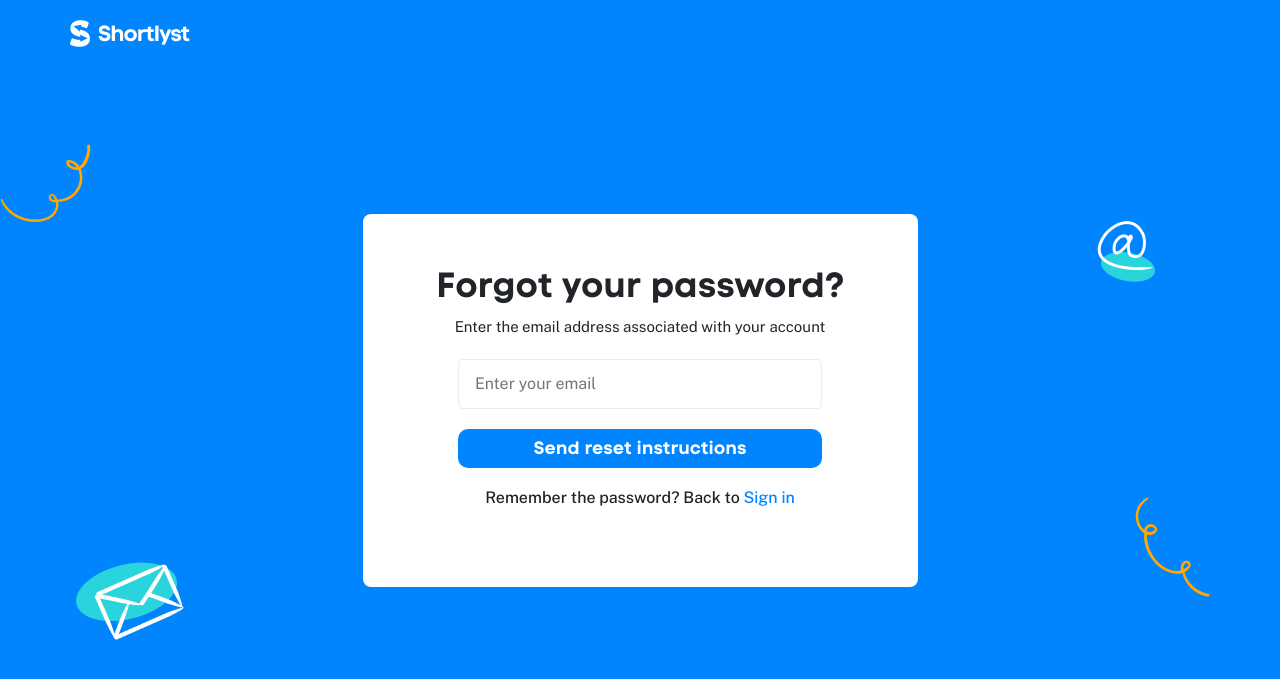
Repository: devtech92/shortlyst-vue
Page: /Checked-email
An editor plug-in stored every save of this project. The page is shown before and after a run of saves, followed by the edit.
The browser window is 1280 px wide. The pictures show the whole page.
Some web libraries are served in a nearby version. The project was rebuilt for these pictures with package versions that can differ from the ones it lists, and the page was loaded fresh each time. Also part of the build but not shown: vue.config.js, src/components/layouts/Navigation.vue, src/components/layouts/DefaultLayout.vue, src/views/Home.vue.

Above is the page before, as saved 2021-06-04 22:03:49.

After the next 10 saves:
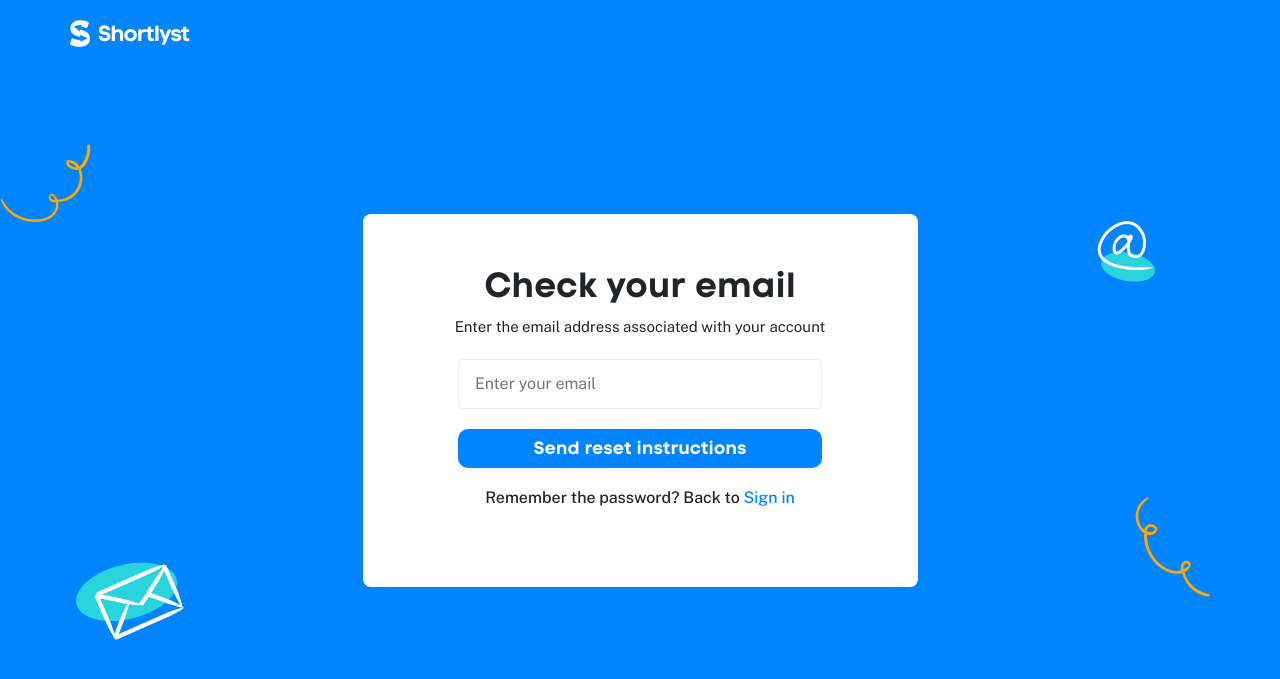
The 10 saves are shown as one change because they came seconds apart.
The last was saved 66 s later.
--- a/src/views/CheckedEmail.vue
+++ b/src/views/CheckedEmail.vue
@@ -31,7 +31,7 @@
             </div>
             <div class="contacts-sales">
               <div class="salse-title">
-                <h3>Forgot your password?</h3>
+                <h3>Check your email </h3>
                 <p>Enter the email address associated with your account</p>
               </div>
               <form action="" class="contact-form">
